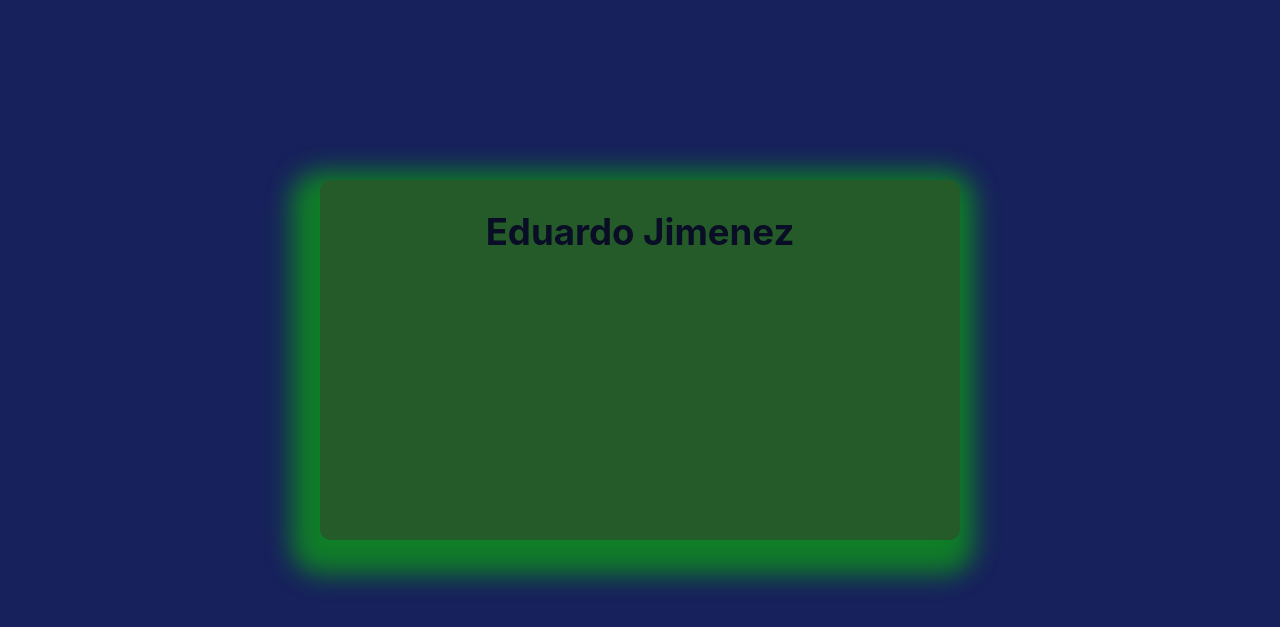
Repository: l8nightswithJS/react-my-portfolio
Page: /
An editor plug-in stored every save of this project. The page is shown before and after the next save, followed by the edit.
The browser window is 1280 px wide. The pictures show the whole page.
The project was rebuilt for these pictures with package versions that can differ from the ones it lists, and the page was loaded fresh each time.

Above is the page before, as saved 2021-04-23 00:03:14.

### src/App.js
import './App.css';


function App() {
  return (
    <div className="App">
      <header className="App-header">
        <section>
          <h1>Eduardo Jimenez</h1>
        </section>
      </header>
    </div>
  );
}

export default App;

### src/App.css
.App {
  height: 100vh;
  width: 100%;
  text-align: center;
  background-color: rgb(23, 33, 92);
}

section {
  position: fixed;
  top: 0;
  bottom: 0;
  left: 0;
  right: 0;
  background-color: rgb(46, 131, 7);
  height: 50vh;
  width: 50vw;
  margin: auto;
  font-size: calc(10px + 2vmin);
  color: white;
  box-shadow: -1vh 1vw 2vw 3vh rgb(12, 187, 6);
  opacity: .6;
  border-radius: 1.5vh;
}

h1 {
  color: black;
}

Loaded but not shown: public/index.html (common file); src/index.js (common file); src/index.css (common file); src/reportWebVitals.js (common file)

After the next save:
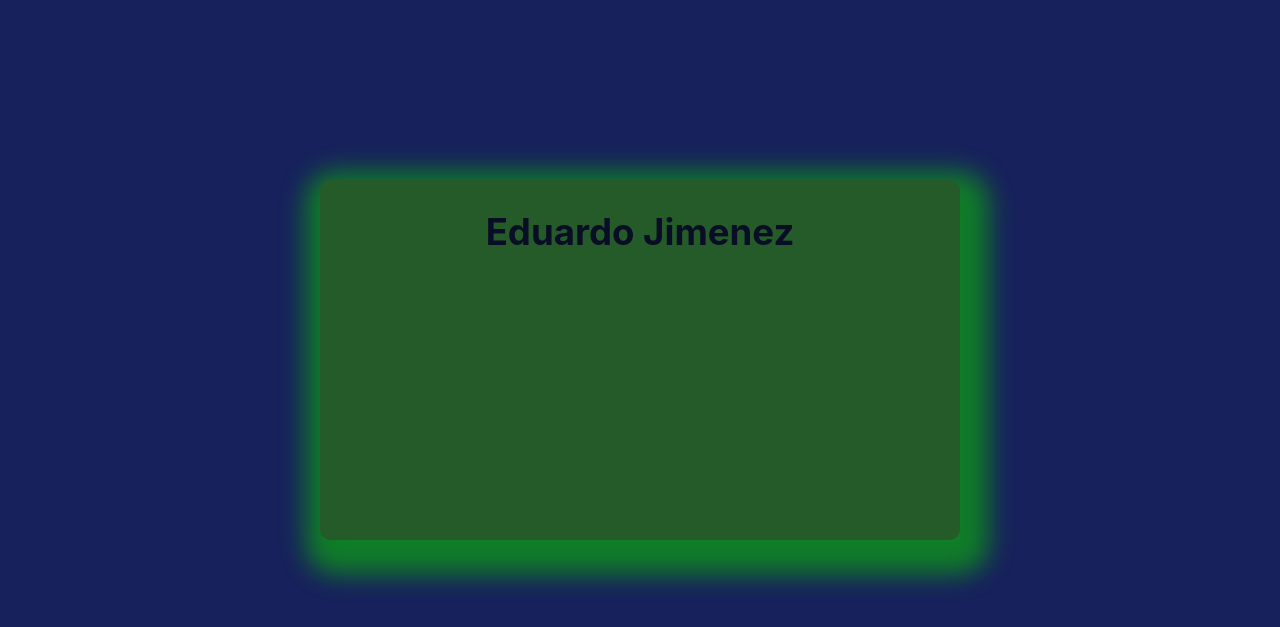
Saved 12 s later.
--- a/src/App.css
+++ b/src/App.css
@@ -17,7 +17,7 @@ section {
   margin: auto;
   font-size: calc(10px + 2vmin);
   color: white;
-  box-shadow: -1vh 1vw 2vw 3vh rgb(12, 187, 6);
+  box-shadow: 1vh 1vw 2vw 3vh rgb(12, 187, 6);
   opacity: .6;
   border-radius: 1.5vh;
 }
